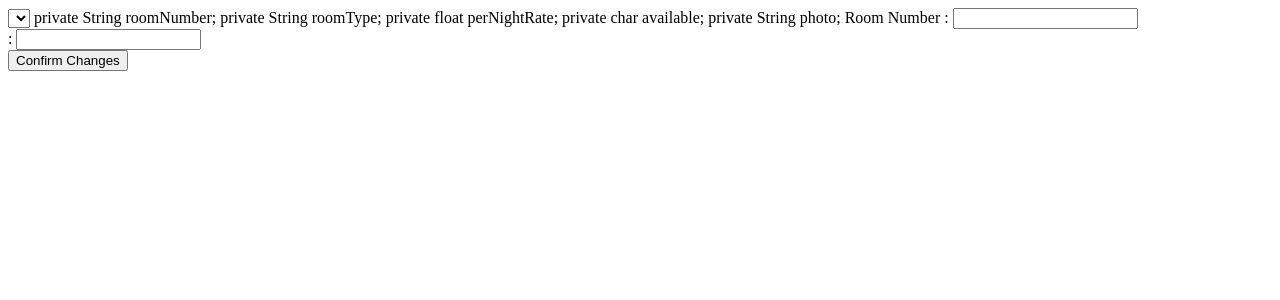
Repository: dishangjain/SpringProject
Page: http://localhost/HotelBookingManagementSystem/JSPs/AddNewRoom.jsp
These files come from the project's save history. The page is drawn as it stood at one moment and after the next save; the edit follows.
The browser window is 1280 px wide. The pictures show the whole page.
The page is served by Tomcat 9. Nobody is signed in. The application's start-up code is not run. Other server files are loaded and not shown. The template is opened directly, without the code that normally fills it, so the values that code supplies are empty.

Above is the page before, as saved 2017-10-14 11:11:43.

### HotelBookingManagementSystem/WebContent/JSPs/AddNewRoom.jsp
<%@ page language="java" contentType="text/html; charset=ISO-8859-1"
    pageEncoding="ISO-8859-1"%>

     <%@ taglib uri="http://java.sun.com/jsp/jstl/core" prefix="c"%>
        <%@ taglib uri="http://www.springframework.org/tags/form" prefix="form"%>
<!DOCTYPE html PUBLIC "-//W3C//DTD HTML 4.01 Transitional//EN" "http://www.w3.org/TR/html4/loose.dtd">
<html>
	<head>
		<meta http-equiv="Content-Type" content="text/html; charset=ISO-8859-1">
		<title>Add new Room</title>
	</head>
	<body>

		<form:form method="post" action="insertRoom.do">
			<select name="hotelID">
					<c:forEach items="${ hotelList }" var="hotel">
						<option value="${hotel.hotelID }">${hotel.hotelName }</option>
					</c:forEach>
			</select>

	private String roomNumber;
	private String roomType;
	private float perNightRate;
	private char available;
	private String photo;


			<label for="roomNumber">Room Number :</label>
		  		<form:input path="roomNumber" id="roomNumber" type="text"/><br/>

		  	<label for=""> :</label>
		  		<form:input path="" id="" type="text"/><br/>


			<input type="submit" value="Confirm Changes"/>

		</form:form>

	</body>
</html>

After the next save:
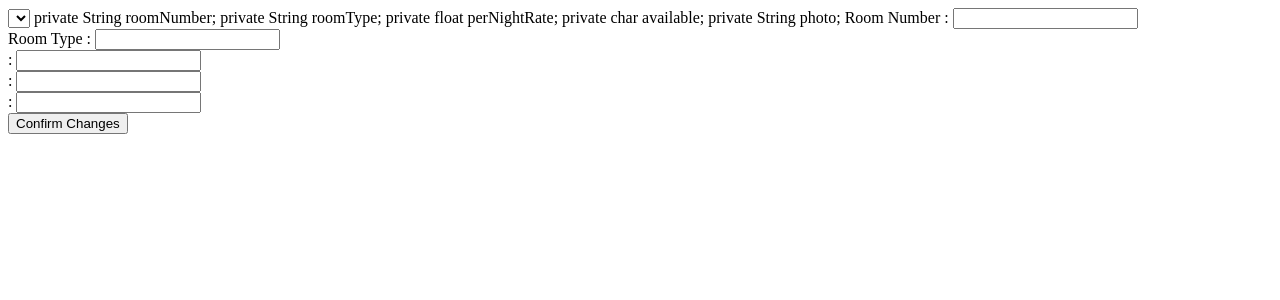
Saved 50 s later.
--- a/HotelBookingManagementSystem/WebContent/JSPs/AddNewRoom.jsp
+++ b/HotelBookingManagementSystem/WebContent/JSPs/AddNewRoom.jsp
@@ -28,6 +28,15 @@
 			<label for="roomNumber">Room Number :</label>
 		  		<form:input path="roomNumber" id="roomNumber" type="text"/><br/>
 
+		  	<label for="roomType">Room Type :</label>
+		  		<form:input path="roomType" id="roomType" type="text"/><br/>
+
+		  	<label for=""> :</label>
+		  		<form:input path="" id="" type="text"/><br/>
+
+		  	<label for=""> :</label>
+		  		<form:input path="" id="" type="text"/><br/>
+
 		  	<label for=""> :</label>
 		  		<form:input path="" id="" type="text"/><br/>
 
